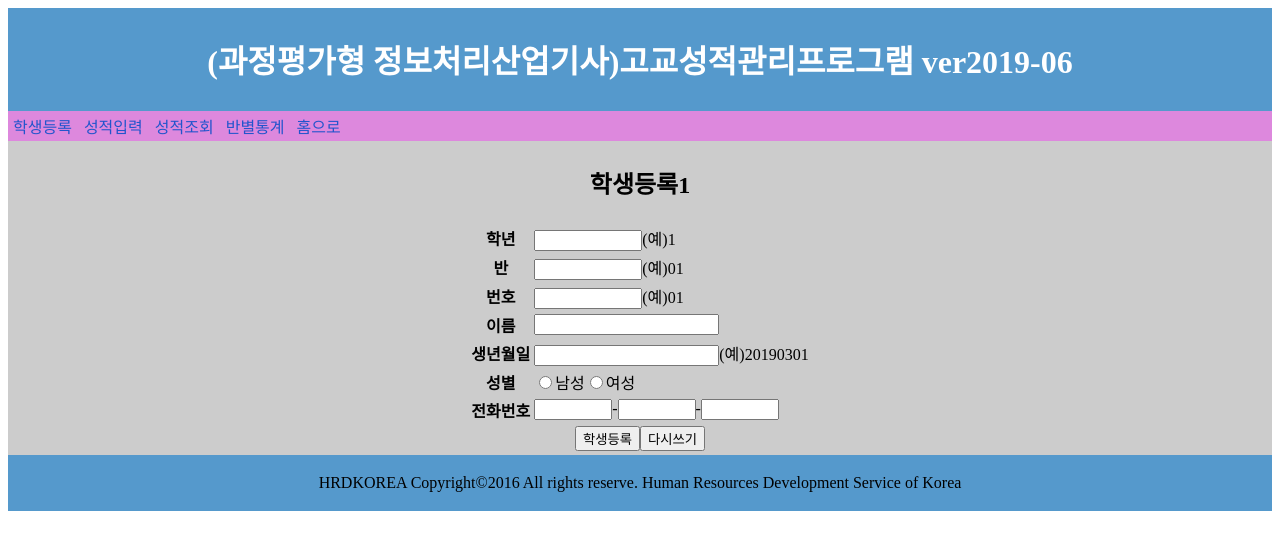
Repository: bolbbal/jdbc
Page: http://localhost/cbq_99/sub1.jsp
These files come from the project's save history. The page is drawn as it stood at one moment and after the next save; the edit follows.
The browser window is 1280 px wide. The pictures show the whole page.
The page is served by Tomcat 9.

Above is the page before, as saved 2024-08-26 06:12:43.

After the next save:
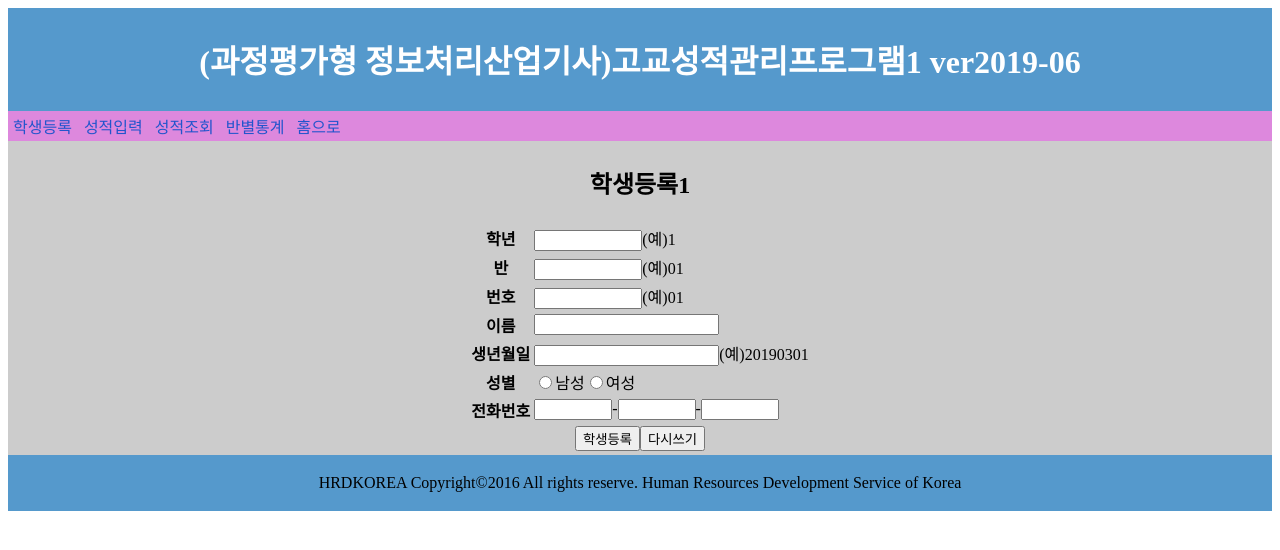
Saved 19 s later.
--- a/javastudy18/jspStudy/cbq_99/cbq_99/WebContent/sub1.jsp
+++ b/javastudy18/jspStudy/cbq_99/cbq_99/WebContent/sub1.jsp
@@ -115,7 +115,7 @@
 </head>
 <body>
 	<header>
-		<h1>(과정평가형 정보처리산업기사)고교성적관리프로그램 ver2019-06</h1>
+		<h1>(과정평가형 정보처리산업기사)고교성적관리프로그램1 ver2019-06</h1>
 	</header>
 	<nav>
 		<a href="sub1.jsp">학생등록</a> <a href="sub2.jsp">성적입력</a> <a

After the save that followed:
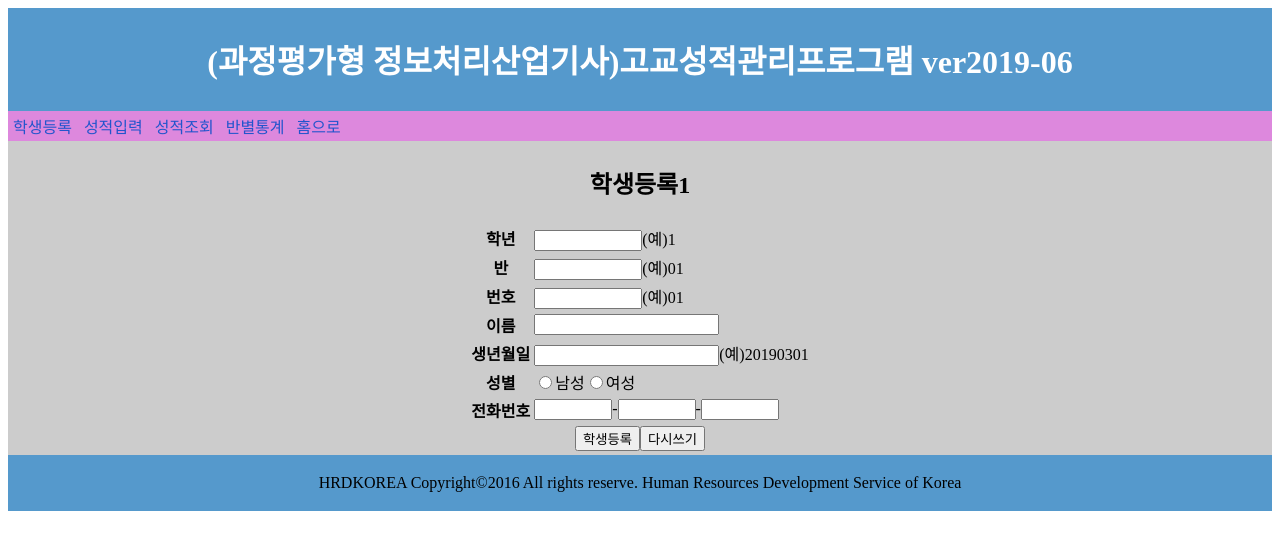
Saved 15 s later.
--- a/javastudy18/jspStudy/cbq_99/cbq_99/WebContent/sub1.jsp
+++ b/javastudy18/jspStudy/cbq_99/cbq_99/WebContent/sub1.jsp
@@ -115,7 +115,7 @@
 </head>
 <body>
 	<header>
-		<h1>(과정평가형 정보처리산업기사)고교성적관리프로그램1 ver2019-06</h1>
+		<h1>(과정평가형 정보처리산업기사)고교성적관리프로그램 ver2019-06</h1>
 	</header>
 	<nav>
 		<a href="sub1.jsp">학생등록</a> <a href="sub2.jsp">성적입력</a> <a
